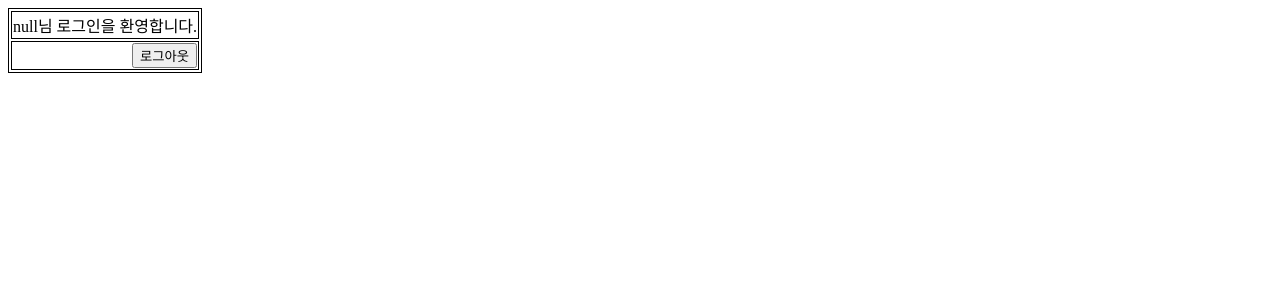
Repository: Gabintree/JDBC2019
Page: http://localhost/Oracle_20190522/chap10_logined.jsp
These files come from the project's save history. The page is drawn as it stood at one moment and after a run of saves; the edit follows.
The browser window is 1280 px wide. The pictures show the whole page.
The page is served by Tomcat 9. Queries for data that is not in the repository find no rows.

Above is the page before, as saved 2019-05-23 06:07:24.

### Oracle_20190522/WebContent/chap10_logined.jsp
<%@ page language="java" contentType="text/html; charset=UTF-8"
    pageEncoding="UTF-8"%>
<%@ page import = "java.sql.*" %>
<!DOCTYPE html>
<html>
<head>
<meta charset="UTF-8">
<title>로그인 성공</title>
</head>
<style>
table, tr, td {
border : 1px solid black;
}
</style>
<body>
<%
	String id = request.getParameter("id");
	String pw = request.getParameter("pw");

	Class.forName("oracle.jdbc.driver.OracleDriver");

	Connection conn = DriverManager.getConnection("jdbc:oracle:thin:@localhost:1521:xe", "system", "1111");

	String sql = "select member_id from chap10_member where member_id = ?";
	PreparedStatement pstmt = conn.prepareStatement(sql);

	pstmt.setString(1, id);
	ResultSet rs = pstmt.executeQuery();

%>

	<table>
		<tr>
			<td><%= id%>님 로그인을 환영합니다.</td>
		</tr>
		<tr>
			<td style = 'text-align : right'><a href="chap10_logout.jsp"><input type ="submit" value="로그아웃"></a></td>

		</tr>

	</table>
</body>
</html>

After the next 3 saves:
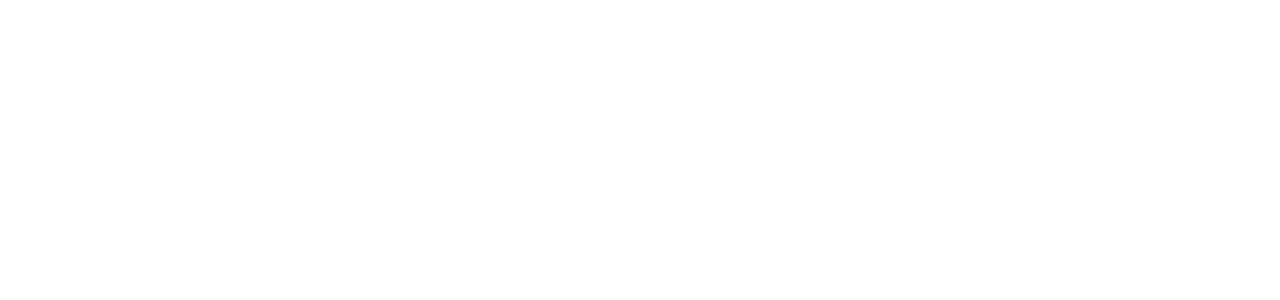
The 3 saves are shown as one change because 1 did not build or start and some came seconds apart.
The last was saved 2 min 37 s later.
--- a/Oracle_20190522/WebContent/chap10_logined.jsp
+++ b/Oracle_20190522/WebContent/chap10_logined.jsp
@@ -27,8 +27,13 @@
 	pstmt.setString(1, id);
 	ResultSet rs = pstmt.executeQuery();
 
+
+
+ if(rs.next()){
+
+
+
 %>
-
 	<table>
 		<tr>
 			<td><%= id%>님 로그인을 환영합니다.</td>
@@ -39,5 +44,9 @@
 		</tr>
 
 	</table>
+<%
+}
+%>
+
 </body>
 </html>

After the 2 saves that followed:
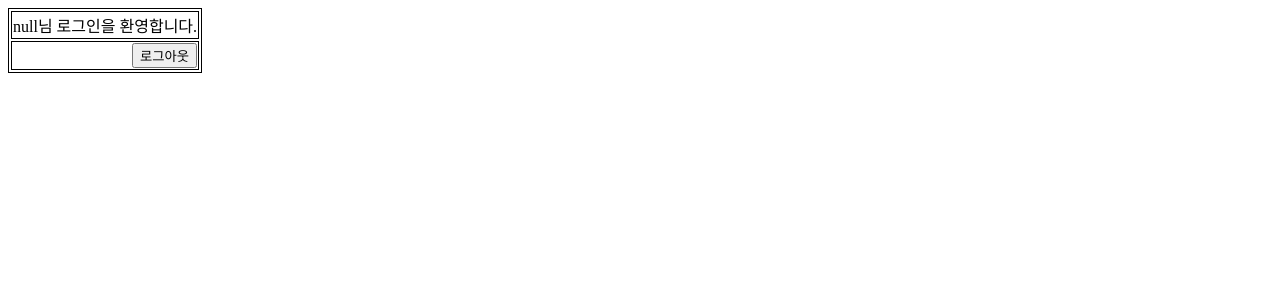
The 2 saves are shown as one change because 1 left the picture as it was.
The last was saved 2 min 25 s later.
--- a/Oracle_20190522/WebContent/chap10_logined.jsp
+++ b/Oracle_20190522/WebContent/chap10_logined.jsp
@@ -29,7 +29,7 @@
 
 
 
- if(rs.next()){
+ if(!rs.next()){
 
 
 
@@ -45,7 +45,7 @@
 
 	</table>
 <%
-}
+ }
 %>
 
 </body>
